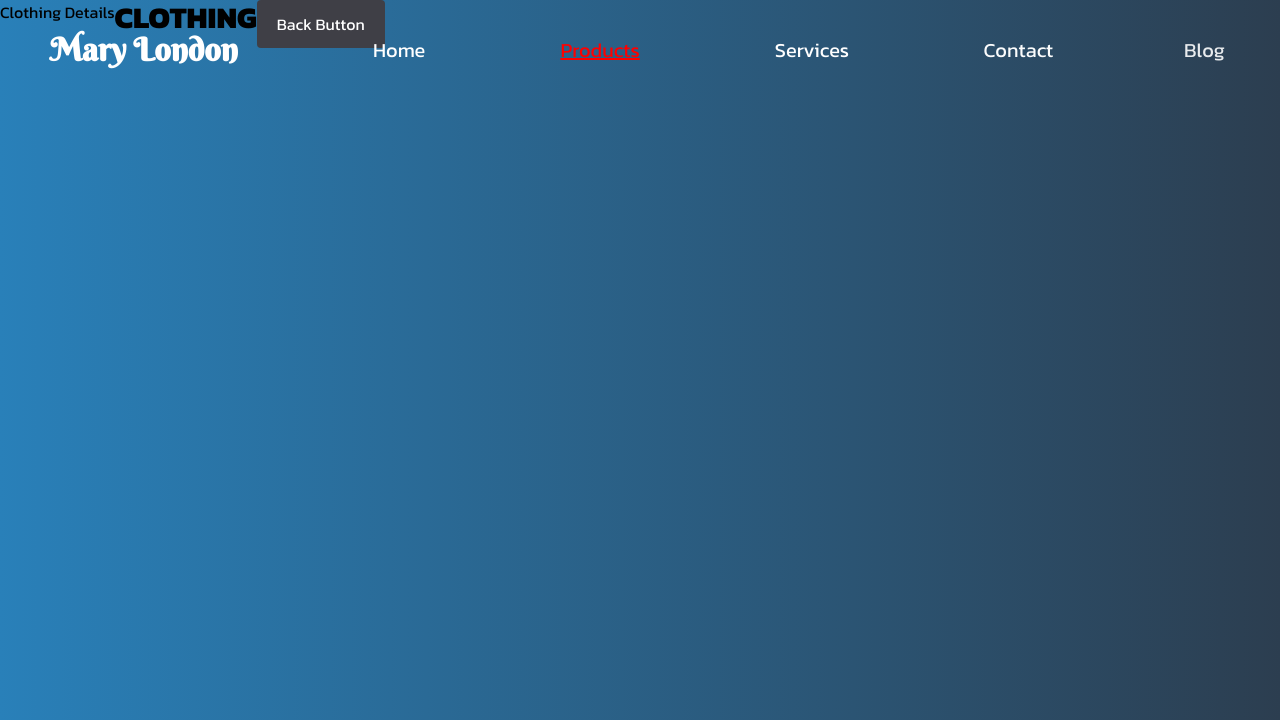
Repository: Habeebur1493/test2
Page: /products/clothing
The author's editor kept a copy of each file at every save. The page is drawn from the files as they stood at one save, then again after the next save.
The browser window is 1280 px wide. The pictures show the whole page.
The project was rebuilt for these pictures with package versions that can differ from the ones it lists, and the page was loaded fresh each time. Also part of the build but not shown: vite.config.js, src/Frontend/Loader/loaderstyle.css, src/Frontend/Firstpage/Home.jsx, src/Frontend/Firstpage/Products.jsx, src/Frontend/Firstpage/Services.jsx, src/Frontend/Firstpage/Contact.jsx, src/Frontend/Firstpage/Blog.jsx.

Above is the page before, as saved 2024-12-28 14:38:31.

### index.html
<!doctype html>
<html lang="en">
  <head>
    <meta charset="UTF-8" />
    <meta name="viewport" content="width=device-width, initial-scale=1.0" />
    <link rel="stylesheet" href="https://fonts.googleapis.com/css2?family=Archivo:ital,wght@0,100..900;1,100..900&display=swap">
    <link href='https://unpkg.com/boxicons@2.1.4/css/boxicons.min.css' rel='stylesheet'>
    <title>MaryLondon</title>
  </head>
  <body>


    <div id="root"></div>
    <script type="module" src="/src/main.jsx"></script>
  </body>
</html>

### src/main.jsx
import { createRoot } from "react-dom/client";
import "./index.css";
import App from "./App";
import FrontendContext from "./context/FrontendContext";
import { BrowserRouter } from "react-router-dom";

createRoot(document.getElementById("root")).render(
  <FrontendContext>
    <BrowserRouter>
      <App />
    </BrowserRouter>
  </FrontendContext>
);

### src/App.jsx
import React from "react";
import { Route, Routes } from "react-router-dom";
import Pageloader from "./Frontend/Loader/PageLoader";
import Page1 from "./Frontend/Firstpage/Page1";
import Home from "./Frontend/Firstpage/Home";
import Products from "./Frontend/Firstpage/Products";
import Services from "./Frontend/Firstpage/Services";
import Contact from "./Frontend/Firstpage/Contact";
import Blog from "./Frontend/Firstpage/Blog";
import Nav from "./Frontend/Firstpage/Nav";
import "./App.css";
import "./Frontend/Firstpage/page1.css";
import "./Frontend/Loader/loaderstyle.css";
import ClothingDetails from "./Frontend/Firstpage/ClothingDetails";

const App = () => {
  const banners = [
    "https://s7ap1.scene7.com/is/image/adityabirlafashion/AS_D_HB_285_11_24_WinterRetreat_V1?resMode=sharp2&wid=1600&hei=642",
    "https://m.media-amazon.com/images/S/aplus-media-library-service-media/a79fdedf-c088-4a27-925a-5948d42135e6.__CR0,0,1464,600_PT0_SX1464_V1___.jpg",
    "https://images.hindustantimes.com/tech/img/2021/10/06/1600x900/IMG-20211005-WA0007_1633522371964_1633522436021.jpg",
    "https://www.sony.co.in/content/dam/sony/contents/regional-FSMC/india/common/homepage/primary-tout/2024/cich-bravia/CICH-Banner_D.jpg",
    "https://www.boat-lifestyle.com/cdn/shop/files/480_Desktop_2_1440x.png?v=1733813003",
    "https://graphicsfamily.com/wp-content/uploads/2020/07/Shoes-Advertising-Banner-Design-Template-1536x864.jpg",
  ];

  return (
    <div>
      <Pageloader />
      <Page1 />
      <Nav />
      <Routes>
        <Route path="/" element={<Home banners={banners} />} />
        <Route path="/products" element={<Products />} />
        <Route path="/products/:category" element={<ClothingDetails />} />
        <Route path="/services" element={<Services />} />
        <Route path="/contact" element={<Contact />} />
        <Route path="/blog" element={<Blog />} />
      </Routes>
    </div>
  );
};

export default App;

### src/context/FrontendContext.jsx
import { createContext, useState } from "react";




export const datacontext = createContext(null);

const FrontendContext = (props) => {
  const [data, setData] = useState("");

return (
  <datacontext.Provider value={[data, setData]}>
    {props.children}
  </datacontext.Provider>
);
};

export default FrontendContext;

### src/Frontend/Loader/PageLoader.jsx
import React, { useState, useEffect } from "react";
import { gsap } from "gsap";
import "./loaderstyle.css";





const App = () => {
  const [showScreen, setShowScreen] = useState(true);

  // Helper function to split text into individual letters
  const splitText = (text) =>
    text.split("").map((char, index) => (
      <span key={index} className="letter">
        {char}
      </span>
    ));

  // Part 1: Animation for spinning letters
  useEffect(() => {
    const letters = document.querySelectorAll(".letter");

    const animation = gsap.fromTo(
      letters,
      { rotationY: 0 },
      {
        rotationY: 360,
        duration: 1,
        repeat: -1,
        ease: "power1.inOut",
        stagger: 0.1,
      }
    );

    return () => {
      animation.kill();
    };
  }, []);

  // Part 2: Screen timeout
  useEffect(() => {
    const timer = setTimeout(() => {
      setShowScreen(false);
    }, 3000);

    return () => clearTimeout(timer);
  }, []);

  return (
    <div>
      {showScreen ? (
        <div className="screen">
          <div className="text-container">
            <div className="text">{splitText("Mary")}</div>
            <div className="loader"></div>
            <div className="text">{splitText("London")}</div>
          </div>
        </div>
      ) : (
        <div>

        </div>
      )}
    </div>
  );
};

export default App;

### src/Frontend/Firstpage/Page1.jsx
import React from "react";
import "./page1.css";


const Page1 = () => {
  return (
    <div className="page1">

    </div>
  );
};

export default Page1;

### src/Frontend/Firstpage/Nav.jsx
import React, { useEffect } from "react";
import { NavLink } from "react-router-dom";
import gsap from "gsap";
import "./page1.css";

const Nav = () => {
  const activeStyle = {
    textDecoration: "underline",
    color: "red",

};

  useEffect(() => {
    const navLinks = document.querySelectorAll("nav a");


    // Animate the navigation links
    gsap.from(navLinks, {
      opacity: 0,
      x: -50,
      duration: 1,
      delay: 4,
      stagger: 0.2, // Adds a delay between each link
    });
  }, []);

  return (
    <nav>
      <h1>Mary London</h1>

      <NavLink to="/" style={({ isActive }) => (isActive ? activeStyle : null)}>
        Home
      </NavLink>
      <NavLink to="/products" style={({ isActive }) => (isActive ? activeStyle : null)}>
        Products
      </NavLink>
      <NavLink to="/services" style={({ isActive }) => (isActive ? activeStyle : null)}>
        Services
      </NavLink>
      <NavLink to="/contact" style={({ isActive }) => (isActive ? activeStyle : null)}>
        Contact
      </NavLink>
      <NavLink to="/blog" style={({ isActive }) => (isActive ? activeStyle : null)}>
        Blog
      </NavLink>
    </nav>
  );
};

export default Nav;

### src/App.css
@import url('https://fonts.googleapis.com/css2?family=Berkshire+Swash&display=swap');



body{
    background-color: #cc9b9b;
}

nav{
    display: flex;
    justify-content: space-between;
    align-items: center;
    padding: 0px 50px;
    background-color: #b9abf700;
    color: #fff;


}
nav ul{
    display: flex;
    list-style: none;
    gap: 10px;
    font-size: 20px;
    padding: 20px;
    font-weight: 600;


}
nav ul li a{
    cursor: pointer;
    text-decoration: none;
    color: #fff;

}


.page1{
    height: 100%;
    width: 100%;

}

.logo{
    display: flex;
    align-items: center;
    margin-top: 20px;
}
.logo img{
    width: 120px;
    height: 120px;
    padding-bottom: 15px;
}

.logo h1{
    font-size: 32px;
    color: black;
    font-weight: 900;
    font-family: Berkshire Swash;
    border-bottom: 5px solid black;
    display: inline-block;
    width: 160px;
    text-align: center;

}

### src/Frontend/Firstpage/page1.css
@import url('https://fonts.googleapis.com/css2?family=Berkshire+Swash&display=swap');
@import url('https://fonts.googleapis.com/css2?family=Kanit:ital,wght@0,100;0,200;0,300;0,400;0,500;0,600;0,700;0,800;0,900;1,100;1,200;1,300;1,400;1,500;1,600;1,700;1,800;1,900&display=swap');



body{
  font-family: "Kanit", serif;
  background-image: linear-gradient(to right, #2980b9,#2c3e50);
}


nav{
    display: flex;
    justify-content: space-evenly;
    align-items: center;
    gap: 10px;
    height: 100px;
    width: 100%;
    font-family: "Kanit", serif;
    position: fixed;
    z-index: 1;
    font-size: 20px;
    color: #fff;
}


.page1{
    height: 100%;
    width: 100%;

}
nav h1{
    font-size: 32px;
    color: #fff;
    font-weight: 900;
    font-family: Berkshire Swash;
    text-align: center;
}

.slider-container {
    position: relative;
    width: 80%;
    height: 600px;
    overflow: hidden;
    margin: 0 auto;
    padding-top: 150px;
}

  .slider-wrapper {
    width: 100%;
    height: 100%;
  }

  .slider-content {
    display: flex;
    transition: transform 0.5s ease-in-out;
    height: 100%;
  }

  .slide {
    width: 100%;
    height: 100%;
    flex-shrink: 0;
  }

  .prev-button,
  .next-button {
    position: absolute;
    top: 60%;
    transform: translateY(-50%);
    background: rgba(238, 236, 236, 0.5);
    color: white;
    border: none;
    padding: 10px 15px;
    cursor: pointer;
    z-index: 1000;
    border-radius: 50%;
}

  .prev-button {
    left: 10px;
  }

  .next-button {
    right: 10px;
  }

  .dots {
    position: absolute;
    bottom: 15px;
    left: 50%;
    transform: translateX(-50%);
    display: flex;
    gap: 5px;
  }

  .dot {
    width: 10px;
    height: 10px;
    background: white;
    border-radius: 50%;
    cursor: pointer;
  }

  .dot.active {
    background: black;
  }


  .container{
    grid-template-rows: 2fr 1fr 1fr;
    grid-template-columns: 1fr 1fr 1fr;
    display: grid;
    justify-items: center;
    align-items: center;
    height: 100vh;
    width: 100%;
    z-index: 1;
    padding-top: 90px;
    padding-left: 50px;

  }

  .container .box1{
    background-color: blue;
    height: 200px;
    width: 400px;
    box-shadow: 0 0 10px rgba(0, 0, 0, 0.2);
    transition: transform 0.3s ease-in-out;
    cursor: pointer;
  }
  .container .box2{
    background-color: blue;
    height: 200px;
    width: 400px;
    box-shadow: 0 0 10px rgba(0, 0, 0, 0.2);
    transition: transform 0.3s ease-in-out;
    cursor: pointer;
  }
  .container .box3{
    background-color: blue;
    height: 200px;
    width: 400px;
    box-shadow: 0 0 10px rgba(0, 0, 0, 0.2);
    transition: transform 0.3s ease-in-out;
    cursor: pointer;
  }
 .container .box4{
    background-color: blue;
    height: 200px;
    width: 400px;
    box-shadow: 0 0 10px rgba(0, 0, 0, 0.2);
    transition: transform 0.3s ease-in-out;
    cursor: pointer;
  }
  .container .box5{
    background-color: blue;
    height: 200px;
    width: 400px;
    box-shadow: 0 0 10px rgba(0, 0, 0, 0.2);
    transition: transform 0.3s ease-in-out;
    cursor: pointer;
  }
  .container .box6{
    background-color: blue;
    height: 200px;
    width: 400px;
    box-shadow: 0 0 10px rgba(0, 0, 0, 0.2);
    transition: transform 0.3s ease-in-out;
    cursor: pointer;


}

  .container .box1:hover{
    transform: scale(1.1);
  }
  .container .box2:hover{
    transform: scale(1.1);
  }
  .container .box3:hover{
    transform: scale(1.1);
  }
  .container .box4:hover{
    transform: scale(1.1);
  }
  .container .box5:hover{
    transform: scale(1.1);
  }
  .container .box6:hover{
    transform: scale(1.1);
  }


  .container h1{
    text-align: center;
    color: #fff;
    font-family: 'Gill Sans', 'Gill Sans MT', Calibri, 'Trebuchet MS', sans-serif;
    font-size: 30px;
  }


  .container1{
    display: flex;

  }

  .column1{
    height: 80%;
    width: 30%;
    background-color: #2980b9;
  }

  .column2{
    height: 80%;
    width: 70%;
    background-color: #2c3e50;
  }

### src/Frontend/Firstpage/ClothingDetails.jsx
import React from "react";
import "./page1.css";
import { useNavigate, useParams, useLocation } from "react-router-dom";

const ClothingDetails = () => {
  const navigate = useNavigate();
  const params = useParams();
  const loacation = useLocation();

  console.log(loacation);

  return (
    <div className="ClothingDetails">
      <div className="container1">
        <h1>Clothing Details</h1>
        <h1 className="text-3xl font-extrabold mb-3">
          {params.category.toLocaleUpperCase()}
        </h1>
        <button
          className="px-5 py-2 bg-zinc-700 rounded text-white"
          onClick={() => navigate(-1)}
        >
          Back Button
        </button>

        <div className="column1"></div>
        <div className="column1"></div>
      </div>
    </div>
  );
};

export default ClothingDetails;

Loaded but not shown: src/index.css (common file); tailwind.config.js (common file)

After the next save:
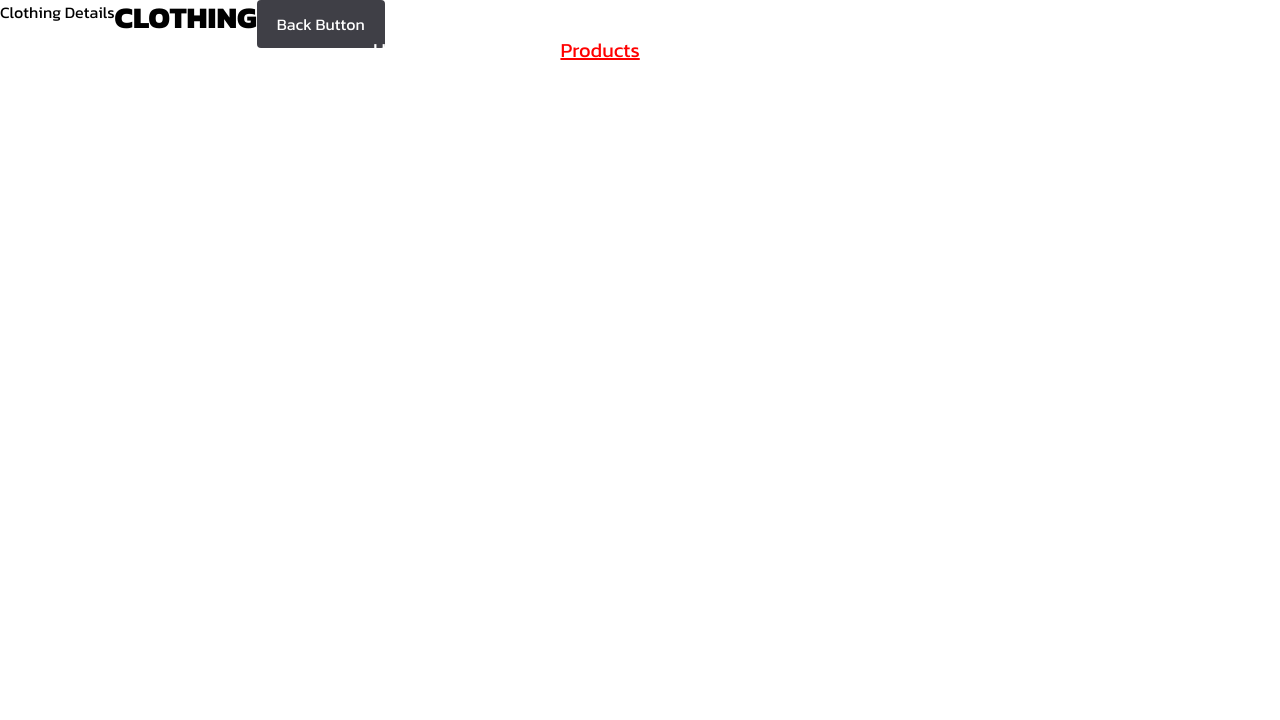
Saved 28 s later.
--- a/src/Frontend/Firstpage/page1.css
+++ b/src/Frontend/Firstpage/page1.css
@@ -200,6 +200,13 @@ nav h1{
   }
 
 
+  .ClothingDetails{
+    height: 100vh;
+    width: 100%;
+    background-color: #fff;
+  }
+
+
   .container1{
     display: flex;
 
